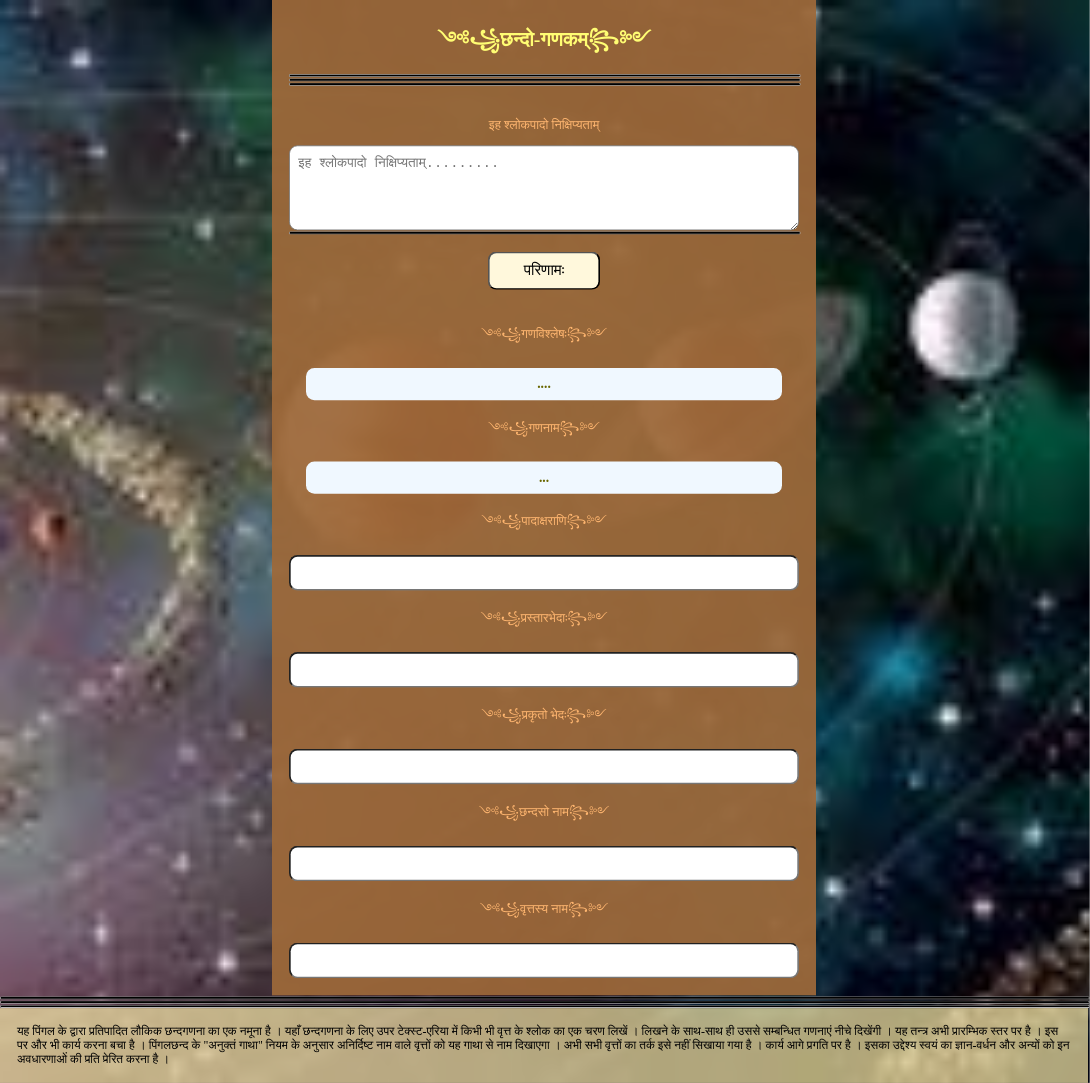
Repository: arshavak/pingala_chhand_shastram
Page: index.html
An editor plug-in stored every save of this project. The page is shown before and after the next save, followed by the edit.
The browser window is 1280 px wide. The page is 1282 px wide, so the pictures cover 1282 px, including what lies to the right of the window. The pictures show the whole page, at 85% of full size.

Above is the page before, as saved 2024-10-20 16:46:17.

After the next save:
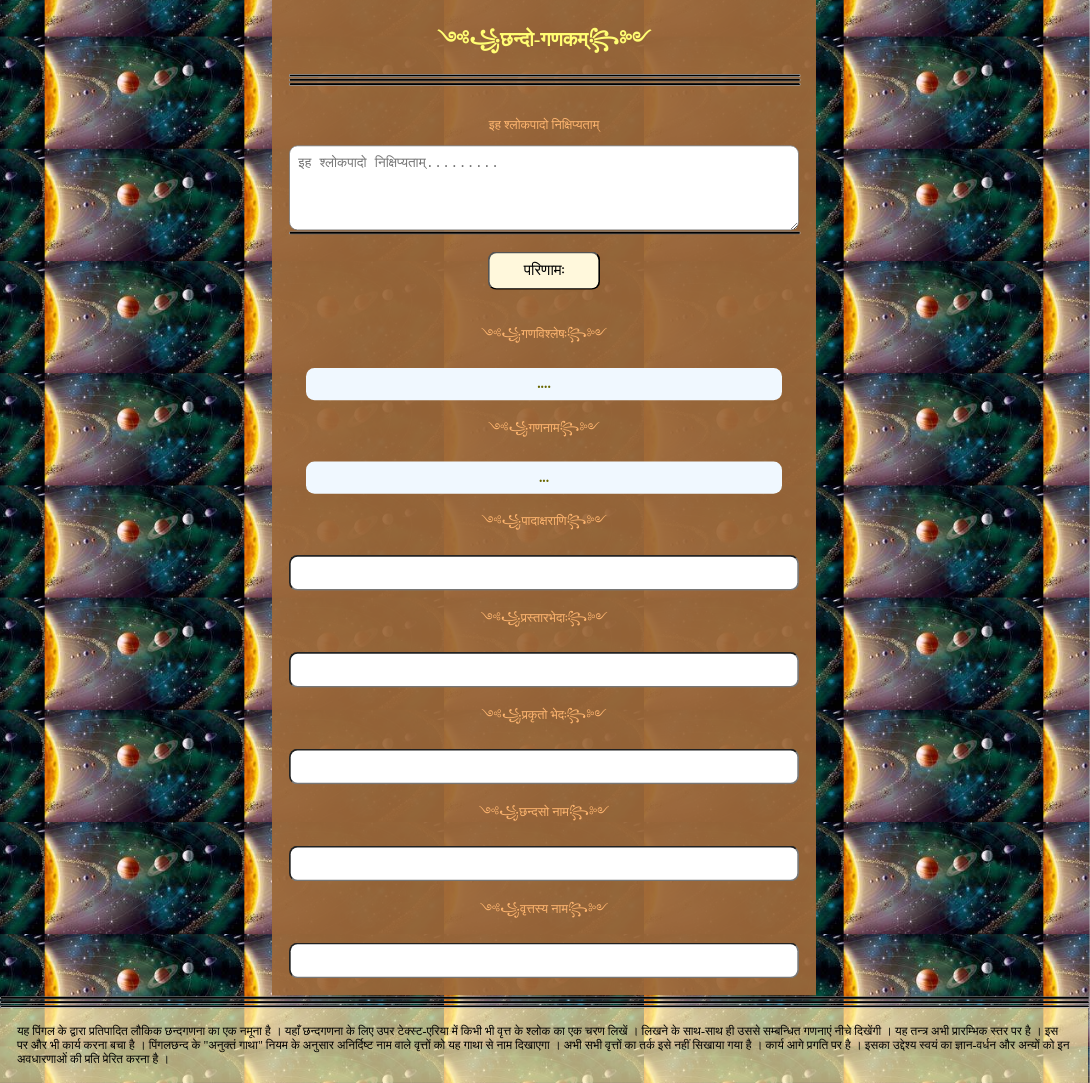
Saved 4 s later.
--- a/style.css
+++ b/style.css
@@ -11,7 +11,7 @@
   background-position: center;
 
 
-  background-size: cover;
+
   font-size: 20px;
 }
 label {

After the save that followed:
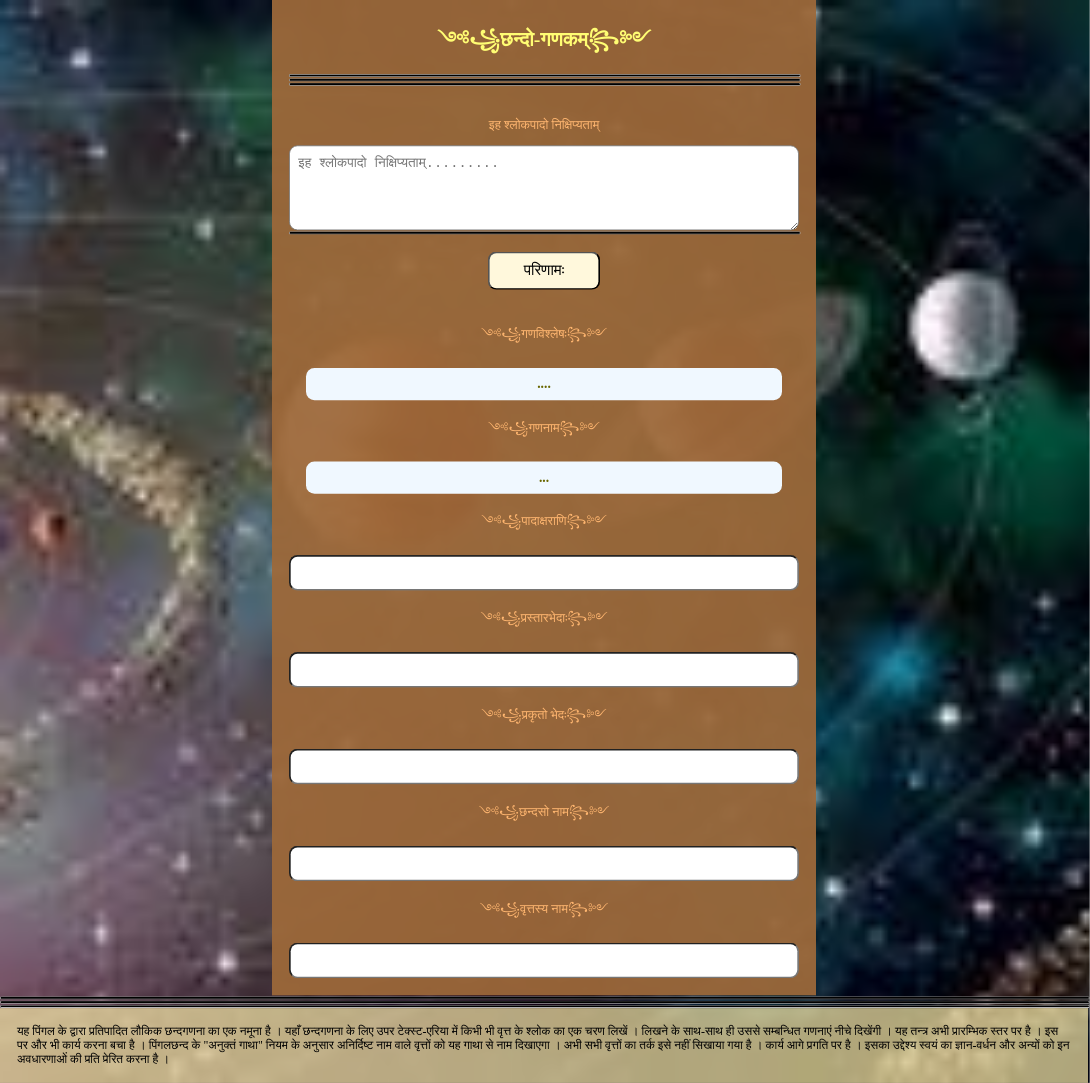
Saved 49 s later.
--- a/style.css
+++ b/style.css
@@ -9,9 +9,9 @@
 body {
   background-image: url("fotos/background.jpeg");
   background-position: center;
+  background-repeat: no-repeat;
 
-
-
+  background-size: cover;
   font-size: 20px;
 }
 label {
